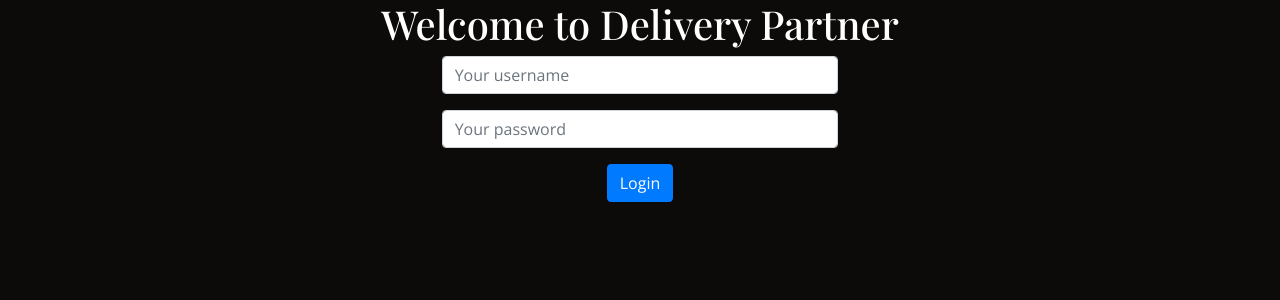
Repository: Amalraveendran/Amal
Page: http://localhost/cakehub/delLogin.jsp
These files come from the project's save history. The page is drawn as it stood at one moment and after the next save; the edit follows.
The browser window is 1280 px wide. The pictures show the whole page.
Some web fonts or font styles are not loaded; a fallback is used. The page is served by Tomcat 9.

Above is the page before, as saved 2021-01-30 09:04:18.

After the next save:
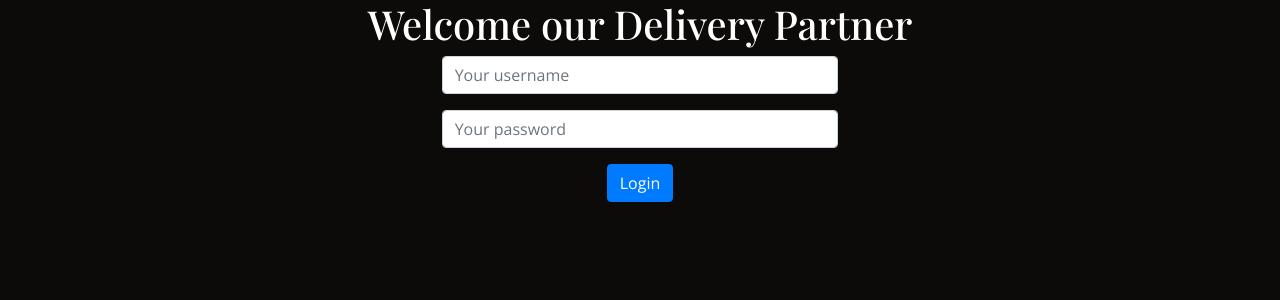
Saved 8 s later.
--- a/Eclipse Workspace/cakehub/WebContent/delLogin.jsp
+++ b/Eclipse Workspace/cakehub/WebContent/delLogin.jsp
@@ -27,7 +27,7 @@
 <body>
 <center>
 
-<h1>Welcome to Delivery Partner</h1>
+<h1>Welcome our Delivery Partner</h1>
 <div>
 <form action="AdminLogin" >
 
